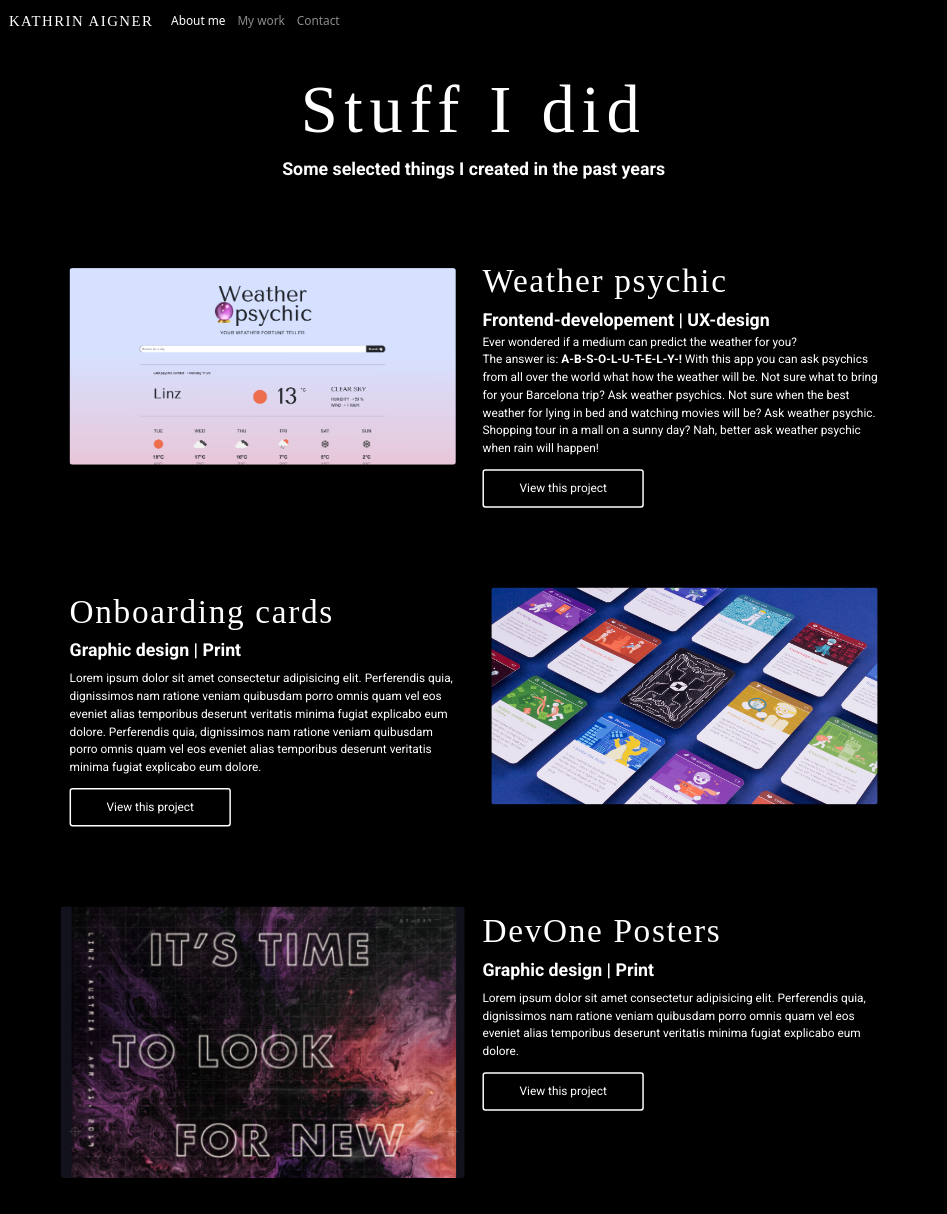
Repository: kathrin-aigner/Portfolio-2022
Page: work.html
An editor plug-in stored every save of this project. The page is shown before and after the next save, followed by the edit.
The browser window is 1280 px wide. The pictures show the whole page, at 74% of full size.
Some web fonts or font styles are not loaded; a fallback is used. Some web libraries are served in a nearby version.

Above is the page before, as saved 2022-03-28 15:25:22.

After the next save:
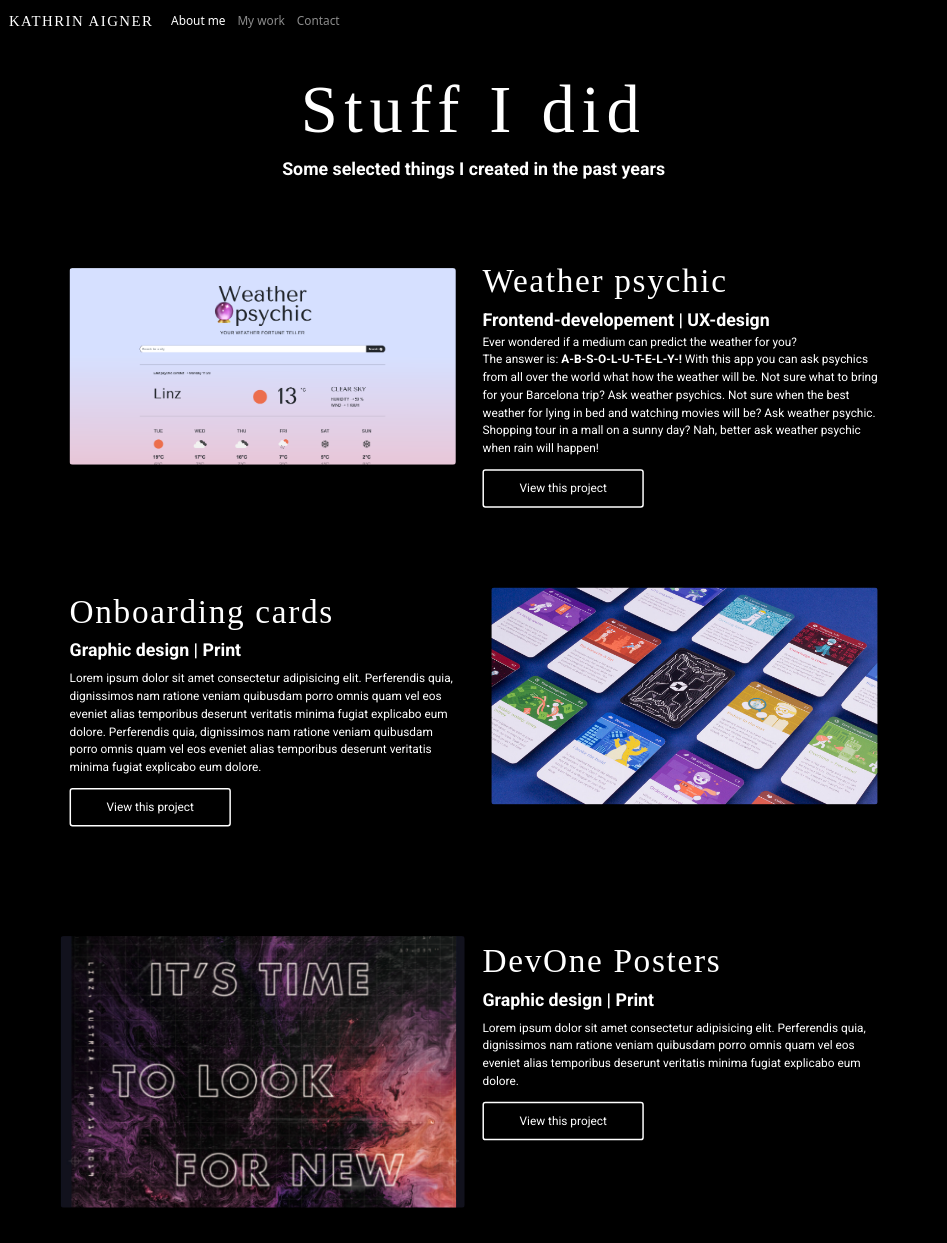
Saved 6 s later.
--- a/work.html
+++ b/work.html
@@ -118,7 +118,7 @@
             explicabo eum dolore.
           </p>
 
-           <a href="https://www.behance.net/gallery/79816789/DevOne-Conference-2019" target="_blank" class="btn btn-primary mb-2"> View this project </a>
+           <a href="https://www.behance.net/gallery/79816789/DevOne-Conference-2019" target="_blank" class="btn btn-primary mb-5"> View this project </a>
 
         </div>
         <div class="col-md-6 gx-5">
